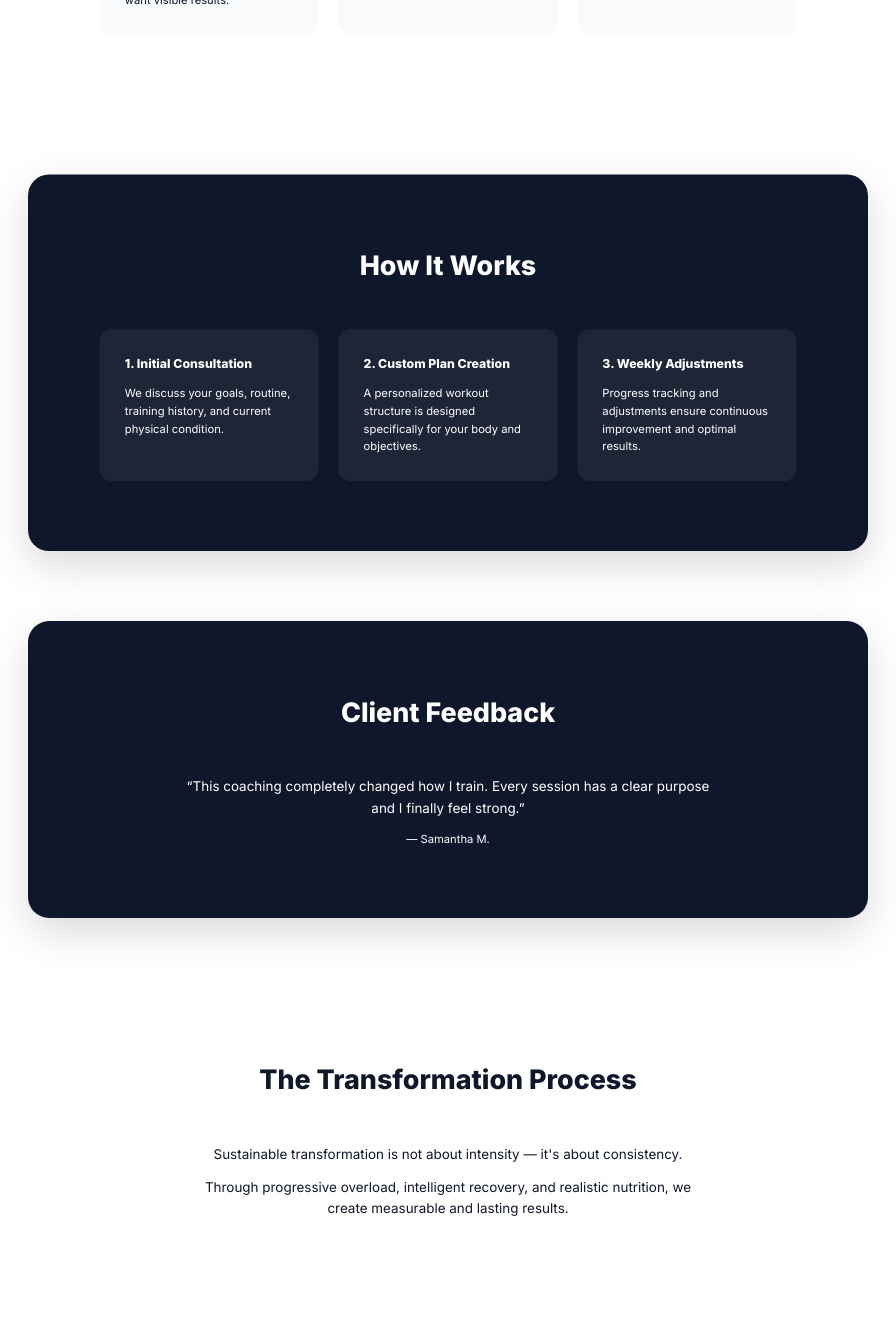
Repository: davidfsillva/Hailey-Reed-Coaching
Page: index.html
These files come from the project's save history. The page is drawn as it stood at one moment and after a run of saves; the edit follows.
The browser window is 1280 px wide. The pictures show the part of the page from y = 1615 to 3535 px (the page is 5223 px tall), at 70% of full size.

Above is the page before, as saved 2026-02-11 18:23:55.

### index.html
<!DOCTYPE html>
<html lang="en">
<head>
  <meta charset="UTF-8" />
  <meta name="viewport" content="width=device-width, initial-scale=1.0" />
  <title>Personal Trainer | Online Coaching</title>
  <link rel="stylesheet" href="style.css" />
  <link rel="preconnect" href="https://fonts.googleapis.com">
  <link rel="preconnect" href="https://fonts.gstatic.com" crossorigin>
  <link href="https://fonts.googleapis.com/css2?family=Inter:wght@400;600;800&display=swap" rel="stylesheet">
</head>
<body>

<header class="hero">
  <nav class="nav">
    <h1 class="logo">Hailey Reed</h1>
    <div class="nav-links">
      <a href="#programs">Programs</a>
      <a href="#results">Results</a>
      <a href="#contact">Contact</a>
    </div>
  </nav>

  <img class="hero-img" src="img/Photoroom_20260211_45117 PM.png" alt="Trainer" />

  <div class="hero-gradient"></div>

  <div class="hero-content">
    <div class="hero-text">
      <h2 class="hero-title">
        Stronger.<br>
        Healthier.<br>
        Focused.
      </h2>
      <p>
        Evidence-based training designed for women who <br>
        want real strength, visible definition, and long-term <br>
        consistency — without wasting time.
      </p>
      <div class="cta-group">
        <a href="https://wa.me/5599999999999" target="_blank" class="btn primary">
          WhatsApp Consultation
        </a>
      </div>
    </div>

    <div class="hero-card">
      <span class="tag">Online Coaching</span>
      <h3>Personalized Training System</h3>
      <p>
        Custom workouts, progress tracking, weekly adjustments
        and direct communication with me.
      </p>
    </div>
  </div>
</header>

<!-- ABOUT SECTION -->
<section class="section">
  <h3>About Hailey</h3>
  <div class="testimonial">
    <p>
      With over 8 years of experience in strength training and female body
      recomposition, I specialize in helping women build confidence through
      structured and science-based training.
    </p>
    <p>
      My philosophy is simple: smart programming, proper execution,
      and long-term sustainability. No extremes. Just real results.
    </p>
  </div>
</section>

<section id="programs" class="section">
  <h3>Coaching Programs</h3>

  <div class="cards">
    <div class="card">
      <h4>Strength & Definition</h4>
      <p>
        Focused on muscle tone, posture, and progressive overload.
        Ideal for women who want visible results.
      </p>
    </div>

    <div class="card">
      <h4>Fat Loss Strategy</h4>
      <p>
        Training combined with realistic nutrition guidance.
        No extreme diets. Sustainable execution.
      </p>
    </div>

    <div class="card">
      <h4>Beginner to Advanced</h4>
      <p>
        Structured plans adapted to your experience, routine,
        and available equipment.
      </p>
    </div>
  </div>
</section>

<!-- HOW IT WORKS -->
<section class="section dark">
  <h3>How It Works</h3>

  <div class="cards">
    <div class="card">
      <h4>1. Initial Consultation</h4>
      <p>
        We discuss your goals, routine, training history,
        and current physical condition.
      </p>
    </div>

    <div class="card">
      <h4>2. Custom Plan Creation</h4>
      <p>
        A personalized workout structure is designed
        specifically for your body and objectives.
      </p>
    </div>

    <div class="card">
      <h4>3. Weekly Adjustments</h4>
      <p>
        Progress tracking and adjustments ensure continuous
        improvement and optimal results.
      </p>
    </div>
  </div>
</section>

<section id="results" class="section dark">
  <h3>Client Feedback</h3>

  <div class="testimonial">
    <p>
      “This coaching completely changed how I train.
      Every session has a clear purpose and I finally feel strong.”
    </p>
    <span>— Samantha M.</span>
  </div>
</section>

<!-- TRANSFORMATION PROCESS -->
<section class="section">
  <h3>The Transformation Process</h3>

  <div class="testimonial">
    <p>
      Sustainable transformation is not about intensity —
      it's about consistency.
    </p>
    <p>
      Through progressive overload, intelligent recovery,
      and realistic nutrition, we create measurable and lasting results.
    </p>
  </div>
</section>

<!-- FAQ -->
<section class="section">
  <h3>Frequently Asked Questions</h3>

  <div class="cards">
    <div class="card">
      <h4>Do I need gym access?</h4>
      <p>
        Not necessarily. Programs can be adapted for home training
        with minimal equipment.
      </p>
    </div>

    <div class="card">
      <h4>Is nutrition included?</h4>
      <p>
        Yes. You receive structured guidance focused on sustainable habits,
        not restrictive diets.
      </p>
    </div>

    <div class="card">
      <h4>How long until I see results?</h4>
      <p>
        Most clients notice strength improvements within weeks
        and visible body changes within 8–12 weeks.
      </p>
    </div>
  </div>
</section>

<section id="contact" class="section">
  <h3>Start Your Training</h3>
  <p class="contact-text">
    If you’re serious about improving your body composition
    and performance, let’s talk.
  </p>

  <div class="cta-group center">
    <a href="https://wa.me/5599999999999" target="_blank" class="btn primary">
      Message on WhatsApp
    </a>
    <a href="https://instagram.com/seuinstagram" target="_blank" class="btn secondary">
      Visit Instagram
    </a>
  </div>
</section>

<!-- FINAL CTA SECTION -->
<section class="section dark">
  <div class="testimonial">
    <h3>Ready to Transform?</h3>
    <p>
      Your strongest, healthiest version starts with a decision.
      Let’s build it together.
    </p>
    <div class="cta-group center">
      <a href="https://wa.me/5599999999999" target="_blank" class="btn primary">
        Apply for Coaching
      </a>
    </div>
  </div>
</section>

<footer class="footer">
  <p>© 2026 FitFlow Coaching. All rights reserved.</p>
</footer>

<script src="script.js"></script>
</body>
</html>

### style.css
:root {
  --pink: #f07aa5;
  --blue: #2e8bc0;
  --dark: #0f172a;
  --light: #ffffff;
  --muted: #cbd5e1;
}

/* ================= RESET ================= */
* {
  margin: 0;
  padding: 0;
  box-sizing: border-box;
  font-family: 'Inter', sans-serif;
}

body {
  background: var(--light);
  color: var(--dark);
  line-height: 1.6;
}

/* ================= HERO ================= */
.hero {
  position: relative;
  min-height: 100vh;
  padding: 32px 8%;
  color: white;
  overflow: hidden;
}

/* IMAGEM */
.hero-img {
  position: absolute;
  top: 50%;
  left: 50%;
  transform: translate(-50%, -50%);
  width: 60%;
  max-width: 500px;
  height: auto;
  z-index: 2;
}

/* GRADIENTE */
.hero-gradient {
  position: absolute;
  inset: 0;
  background: linear-gradient(
    120deg,
    rgba(240,122,165,0.85),
    rgba(46,139,192,0.85)
  );
  z-index: 1;
}

/* CONTEÚDO */
.hero-content {
  position: relative;
  z-index: 5;
}

/* TEXTO */
.hero-text {
  display: flex;
  flex-direction: column;
  justify-content: center;
  height: 85vh;
  max-width: 550px;
}

.hero-title {
  font-size: clamp(2.8rem, 5vw, 4.5rem);
  line-height: 1.05;
  margin-bottom: 24px;
}

.hero-text p {
  max-width: 480px;
  font-size: 1rem;
  color: #f1f5f9;
}

/* BLUR INFERIOR */
.hero::after {
  content: "";
  position: absolute;
  bottom: 0;
  left: 0;
  width: 100%;
  height: 120px;
  backdrop-filter: blur(6px);
  -webkit-backdrop-filter: blur(6px);
  mask-image: linear-gradient(to top, black 40%, transparent 100%);
  pointer-events: none;
  z-index: 3;
}

/* ================= BOTÕES ================= */
.cta-group {
  display: flex;
  gap: 16px;
  margin-top: 32px;
  flex-wrap: wrap;
}

.btn {
  padding: 14px 26px;
  border-radius: 999px;
  font-weight: 600;
  text-decoration: none;
  transition: 0.3s ease;
  display: inline-block;
}

.btn.primary {
  background: linear-gradient(120deg, var(--pink), var(--blue));
  color: white;
  background-size: 200% 200%;
  transition: all 0.4s ease;
}

.btn.primary:hover {
  background-position: right center;
  transform: translateY(-4px);
  box-shadow: 0 10px 25px rgba(240,122,165,0.3);
}

.btn.secondary {
  background: transparent;
  color: var(--dark);
  border: 1px solid var(--dark);
  transition: all 0.3s ease;
}

.btn.secondary:hover {
background: linear-gradient(120deg, var(--pink), var(--blue));  color: white;
  transform: translateY(-3px);
}


/* ================= HERO CARD ================= */
.hero-card {
  position: absolute;
  top: 42%;
  right: 8%;
  width: 300px;
  background: rgba(255,255,255,0.15);
  backdrop-filter: blur(18px);
  padding: 32px;
  border-radius: 20px;
  z-index: 4;
}

.hero-card {
  position: absolute;
  top: 42%;
  right: 3%;
  width: 300px;
}



.hero-card h3 {
  margin: 12px 0;
}

/* ================= NAVBAR ================= */
.nav {
  position: relative;
  z-index: 10;
  display: flex;
  justify-content: space-between;
  align-items: center;
}

.logo {
  font-weight: 800;
  font-size: 1.4rem;
}

.nav-links a {
  position: relative;
  color: white;
  margin-left: 24px;
  text-decoration: none;
  font-weight: 500;
  padding-bottom: 4px;
}

.nav-links a::after {
  content: "";
  position: absolute;
  left: 0;
  bottom: 0;
  width: 0%;
  height: 2px;
  background: white;
  transition: width 0.3s ease;
}

.nav-links a:hover::after {
  width: 100%;
}

/* ================= SECTIONS ================= */
.section {
  padding: 100px 8%;
  max-width: 1200px;
  margin: auto;
}

.section h3 {
  font-size: 2.4rem;
  margin-bottom: 60px;
  text-align: center;
}

.cards {
  display: grid;
  grid-template-columns: repeat(auto-fit, minmax(260px, 1fr));
  gap: 28px;
}

.card {
  background: #f8fafc;
  padding: 36px;
  border-radius: 18px;
  transition: 0.3s ease;
}

.card:hover {
  transform: translateY(-6px);
}

.card h4 {
  margin-bottom: 14px;
  font-size: 1.1rem;
}

/* ================= DARK SECTIONS ================= */
.dark {
  background: #0f172a;
  border-radius: 30px;
  color: white;
  margin: 100px auto;
  padding: 100px 8%;
  box-shadow: 0 20px 60px rgba(0,0,0,0.15);
}


.dark .card {
  background: rgba(255,255,255,0.06);
  color: white;
}

.dark .card:hover {
  background: rgba(255,255,255,0.1);
}

/* ================= TESTIMONIAL ================= */
.testimonial {
  max-width: 750px;
  margin: auto;
  text-align: center;
}

.testimonial p {
  font-size: 1.2rem;
  margin-bottom: 16px;
}

.contact-text {
  text-align: center;
  max-width: 520px;
  margin: 0 auto 32px;
}

.center {
  justify-content: center;
}

/* ================= FOOTER ================= */
.footer {
  padding: 32px;
  text-align: center;
  background: #020617;
  color: var(--muted);
  font-size: 0.85rem;
}

/* ================= RESPONSIVE ================= */
@media (max-width: 1024px) {

  .hero-card {
    position: relative;
    top: unset;
    right: unset;
    margin-top: 40px;
    width: 100%;
    max-width: 400px;
  }

  .hero-text {
    height: auto;
    text-align: center;
    margin-top: 80px;
  }

  .hero-text p {
    margin: auto;
  }

  .hero-img {
    width: 75%;
  }
}

@media (max-width: 768px) {

  .nav {
    flex-direction: column;
    gap: 16px;
  }

  .nav-links a {
    margin-left: 0;
  }

  .hero-img {
    width: 90%;
  }

  .hero-title {
    font-size: 2.4rem;
  }

  .section {
    padding: 80px 6%;
  }
}

@media (max-width: 480px) {

  .hero {
    padding: 24px 6%;
  }

  .btn {
    width: 100%;
    text-align: center;
  }

  .cta-group {
    flex-direction: column;
  }
}

### script.js
// ===============================
// SMOOTH SCROLL
// ===============================
document.querySelectorAll('a[href^="#"]').forEach(anchor => {
  anchor.addEventListener('click', function (e) {
    e.preventDefault();
    document.querySelector(this.getAttribute('href'))
      .scrollIntoView({ behavior: 'smooth' });
  });
});


// ===============================
// NAVBAR SCROLL EFFECT
// ===============================
const nav = document.querySelector(".nav");

window.addEventListener("scroll", () => {
  if (window.scrollY > 50) {
    nav.style.background = "rgba(15, 23, 42, 0.85)";
    nav.style.backdropFilter = "blur(10px)";
    nav.style.padding = "16px 8%";
    nav.style.transition = "0.3s ease";
  } else {
    nav.style.background = "transparent";
    nav.style.backdropFilter = "none";
    nav.style.padding = "0";
  }
});


// ===============================
// SCROLL REVEAL EFFECT
// ===============================
const revealElements = document.querySelectorAll(".section, .card, .testimonial");

const revealOnScroll = () => {
  const triggerBottom = window.innerHeight * 0.85;

  revealElements.forEach(el => {
    const elementTop = el.getBoundingClientRect().top;

    if (elementTop < triggerBottom) {
      el.style.opacity = "1";
      el.style.transform = "translateY(0)";
    }
  });
};

// Estado inicial
revealElements.forEach(el => {
  el.style.opacity = "0";
  el.style.transform = "translateY(40px)";
  el.style.transition = "all 0.8s ease";
});

window.addEventListener("scroll", revealOnScroll);
window.addEventListener("load", revealOnScroll);


// ===============================
// HERO IMAGE PARALLAX
// ===============================
const heroImg = document.querySelector(".hero-img");

window.addEventListener("scroll", () => {
  let scrollPosition = window.scrollY;
  heroImg.style.transform = `translate(-50%, calc(-50% + ${scrollPosition * 0.15}px))`;
});


// ===============================
// BUTTON FADE-IN ON LOAD
// ===============================
window.addEventListener("load", () => {
  const buttons = document.querySelectorAll(".btn");

  buttons.forEach((btn, index) => {
    btn.style.opacity = "0";
    btn.style.transform = "translateY(20px)";
    btn.style.transition = "all 0.6s ease";

    setTimeout(() => {
      btn.style.opacity = "1";
      btn.style.transform = "translateY(0)";
    }, 400 + index * 200);
  });
});


// ===============================
// CARD HOVER GLOW EFFECT
// ===============================
const cards = document.querySelectorAll(".card");

cards.forEach(card => {
  card.addEventListener("mousemove", (e) => {
    const rect = card.getBoundingClientRect();
    const x = e.clientX - rect.left;
    const y = e.clientY - rect.top;

    card.style.background = `
      radial-gradient(circle at ${x}px ${y}px,
      rgba(240,122,165,0.15),
      rgba(255,255,255,0.03))
    `;
  });

  card.addEventListener("mouseleave", () => {
    card.style.background = "";
  });
});

After the next 4 saves:
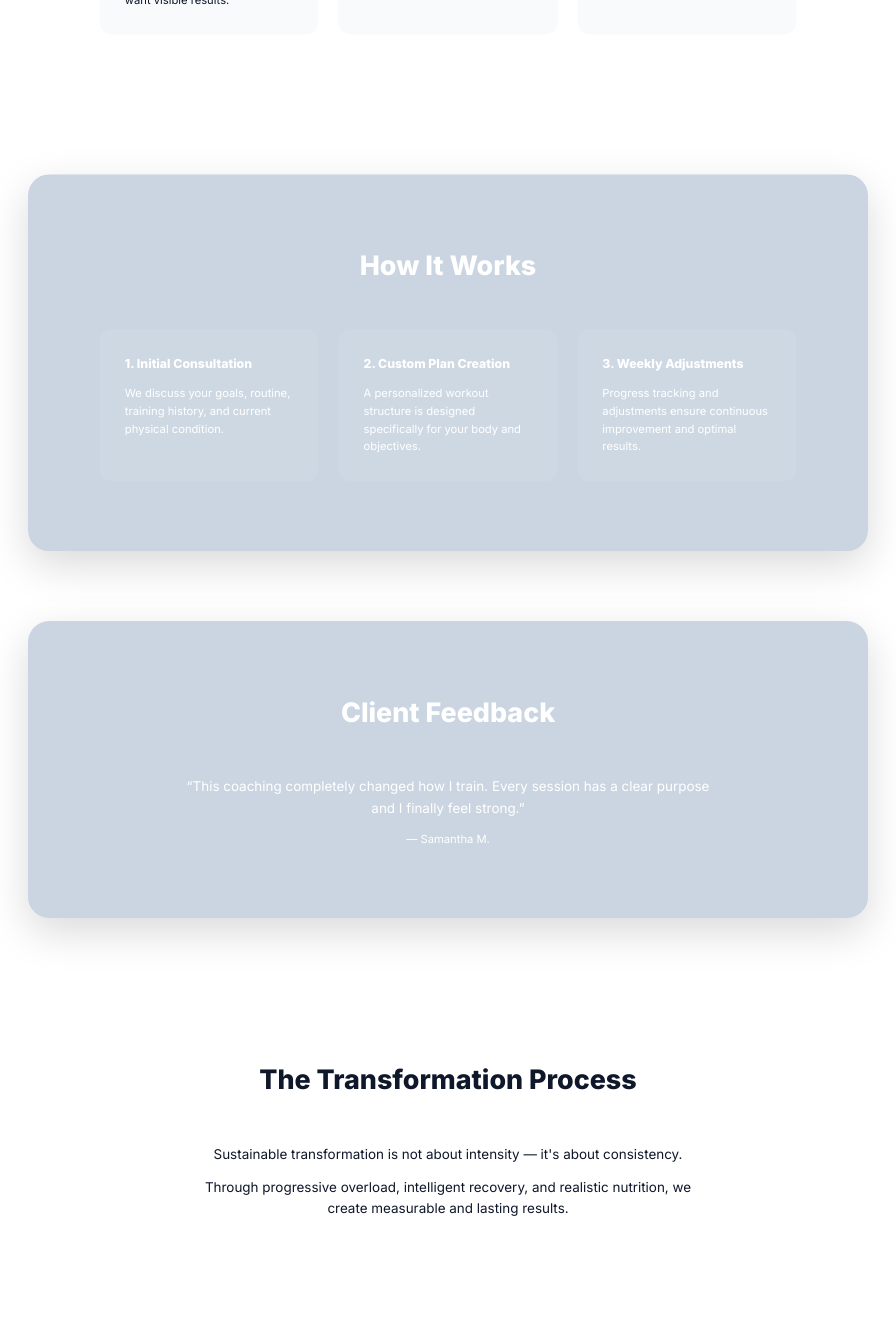
The 4 saves are shown as one change because they came seconds apart.
The last was saved 53 s later.
--- a/style.css
+++ b/style.css
@@ -239,7 +239,7 @@ background: linear-gradient(120deg, var(--pink), var(--blue));  color: white;
 
 /* ================= DARK SECTIONS ================= */
 .dark {
-  background: #0f172a;
+  background: var(--muted);
   border-radius: 30px;
   color: white;
   margin: 100px auto;
